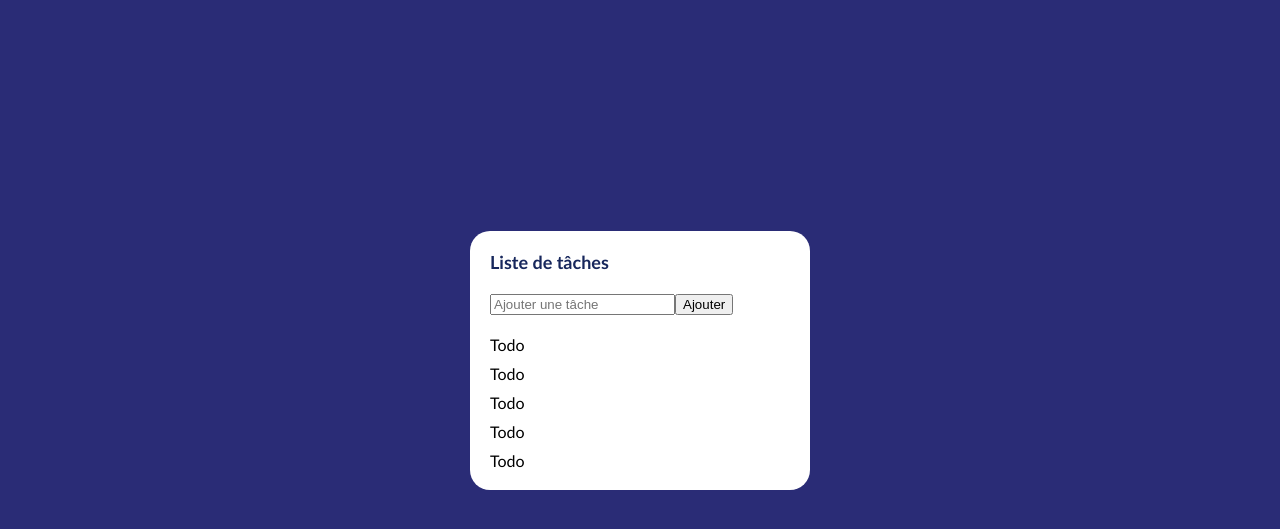
Repository: ndiemenguer/convertisseur
Page: / (app in todo-isep/)
The author's editor kept a copy of each file at every save. The page is drawn from the files as they stood at one save, then again after the next save.
The browser window is 1280 px wide. The pictures show the whole page.
The project was rebuilt for these pictures with package versions that can differ from the ones it lists, and the page was loaded fresh each time. Also part of the build but not shown: todo-isep/vite.config.js, todo-isep/src/Application.jsx, todo-isep/src/index.css.

Above is the page before, as saved 2023-05-06 12:16:11.

### todo-isep/src/main.jsx
import React from 'react'
import ReactDOM from 'react-dom/client'
import App from './App.jsx'
import ApplicationDev from './Application.jsx'
import './index.css'


ReactDOM.createRoot(document.getElementById('root')).render(
  <React.StrictMode>
    <App />
  </React.StrictMode>,
)

### todo-isep/src/App.jsx
import "./App.css";

function App() {
  return (
    <>
      <main className="container">
        <div className="title">Liste de tâches</div>
        <div className="input-box">
          <input type="text" placeholder="Ajouter une tâche" />
          <button>Ajouter</button>
        </div>
        <div className="todo-list">
          <div>Todo</div>
          <div>Todo</div>
          <div>Todo</div>
          <div>Todo</div>
          <div>Todo</div>
        </div>
      </main>
    </>
  );
}

export default App;

### todo-isep/src/App.css
body {
  background: #2a2c76;
  display: flex;
  height: 100vh;
  width: 100vw;
  margin: 0;
  justify-content: center;
  align-items: center;
  font-family: calibri;
}

.container {
  background: white;
  width: 300px;
  min-height: 100px;
  border-radius: 20px;
  display: flex;
  flex-direction: column;
  gap: 20px;
  padding: 20px;
}

.container .title {
  font-size: 18px;
  font-weight: 600;
  color: #17275c;
}

.input-box {
}

.todo-list {
  display: flex;
  flex-direction: column;
  gap: 10px;
}

Loaded but not shown: todo-isep/index.html (common file)

After the next save:
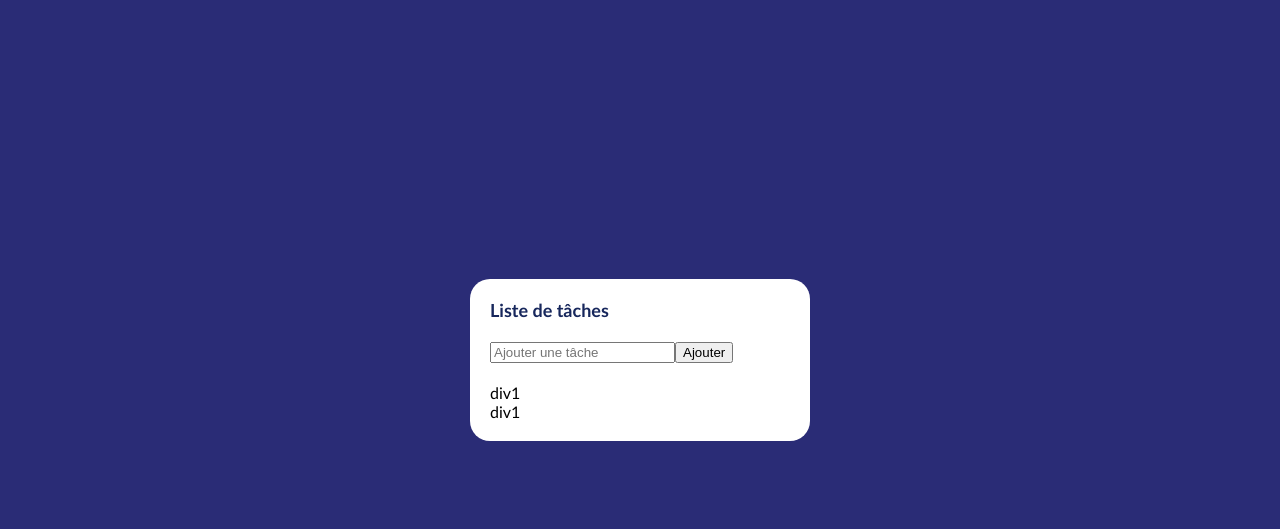
Saved 92 s later.
--- a/todo-isep/src/App.jsx
+++ b/todo-isep/src/App.jsx
@@ -10,11 +10,12 @@ function App() {
           <button>Ajouter</button>
         </div>
         <div className="todo-list">
-          <div>Todo</div>
-          <div>Todo</div>
-          <div>Todo</div>
-          <div>Todo</div>
-          <div>Todo</div>
+          <div>
+            <div className="todo-box">
+              <div>div1</div>
+              <div>div1</div>
+            </div>
+          </div>
         </div>
       </main>
     </>
